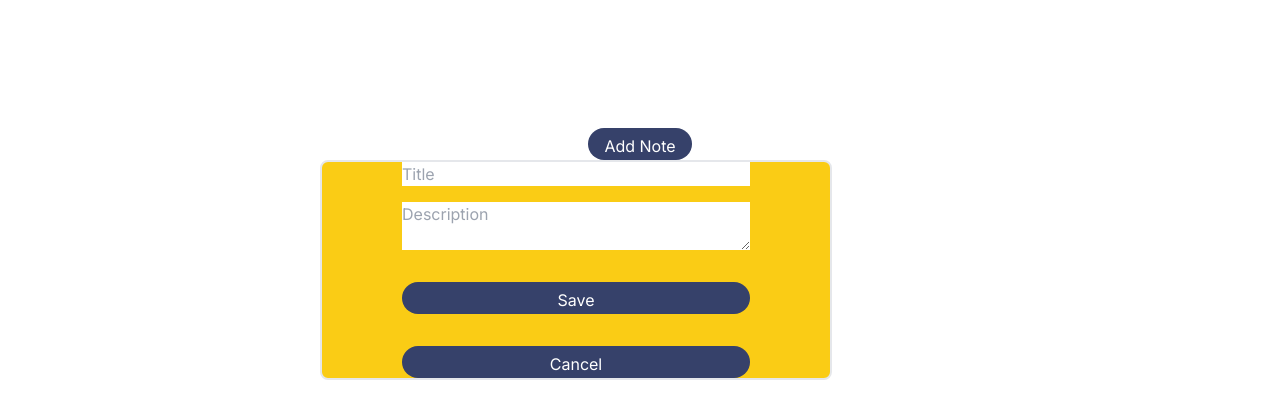
Repository: drumsmanku/next-and-nest-note-taker
Page: / (app in client/), after clicking the first element matching `button.px-4`
An editor plug-in stored every save of this project. The page is shown before and after the next save, followed by the edit.
The browser window is 1280 px wide. The pictures show the whole page.
The page's requests for data from a server got no answer. The project was rebuilt for these pictures with package versions that can differ from the ones it lists, and the page was loaded fresh each time. The framework's server and built-in components were replaced by stand-ins that run in the browser. No one was signed in, and anything a server would have sent is missing. Also part of the build but not shown: client/next.config.mjs.

Above is the page before, as saved 2024-03-14 12:43:55.

### client/app/page.tsx
import Image from "next/image";
import NotesComponent from "./components/NotesComponent";
export default function Home() {
  return (
    <main className="flex min-h-screen flex-col items-center justify-between p-24">
      <NotesComponent/>
    </main>
  );
}

### client/app/globals.css
@tailwind base;
@tailwind components;
@tailwind utilities;

.flex {
  display: flex;
  height: 100%;
}

.container {
  display: flex; /* Use flexbox to create a flex container */
  align-items: stretch; /* Adjust alignment to stretch both columns */
}

### client/app/components/NotesComponent.tsx
"use client"
import { useState, useEffect } from 'react';
import axios from 'axios'; // Assuming you're using axios for HTTP requests

interface Note {
  _id: string;
  title: string;
  description: string;
}

const NotesComponent: React.FC = () => {
  const [notes, setNotes] = useState<Note[]>([]);
  const [showCreatePopup, setShowCreatePopup] = useState<boolean>(false);
  const [showEditPopup, setShowEditPopup] = useState<boolean>(false);
  const [editNoteId, setEditNoteId] = useState<string | null>(null);
  const [newNoteTitle, setNewNoteTitle] = useState<string>('');
  const [newNoteDescription, setNewNoteDescription] = useState<string>('');
  const [editNoteTitle, setEditNoteTitle] = useState<string>('');
  const [editNoteDescription, setEditNoteDescription] = useState<string>('');

  useEffect(() => {
    fetchNotes();
  }, []);

  const fetchNotes = async () => {
    try {
      const response = await axios.get<Note[]>('http://localhost:4000/notes');
      setNotes(response.data);
      console.log(response.data);
    } catch (error) {
      console.error('Error fetching notes:', error);
    }
  };

  const handleAddNote = async () => {
    try {
      await axios.post('http://localhost:4000/notes', {
        title: newNoteTitle,
        description: newNoteDescription
      });
      fetchNotes();
      setShowCreatePopup(false);
      setNewNoteTitle('');
      setNewNoteDescription('');
    } catch (error) {
      console.error('Error adding note:', error);
    }
  };

  const handleEditNote = async () => {
    try {
      await axios.put(`http://localhost:4000/notes/${editNoteId}`, {
        title: editNoteTitle,
        description: editNoteDescription
      });
      fetchNotes();
      setShowEditPopup(false);
      setEditNoteId(null);
      setEditNoteTitle('');
      setEditNoteDescription('');
    } catch (error) {
      console.error('Error updating note:', error);
    }
  };

  const handleDeleteNote = async (noteId: string) => {
    try {
      await axios.delete(`http://localhost:4000/notes/${noteId}`);
      fetchNotes();
    } catch (error) {
      console.error('Error deleting note:', error);
    }
  };

  return (
    <div className='flex flex-col h-screen w-screen items-center'>
      <button className="px-4 py-1.5 text-white h-8 text-md rounded-full border-none bg-[#36416A] mt-8" onClick={() => setShowCreatePopup(true)}>Add Note</button>
      <div className='flex flex-col w-[50%]'>
        {showCreatePopup && (
          <div className='flex flex-col w-[80%] border-2 rounded-lg  bg-yellow-400 px-20'>
            <input
              type="text"
              placeholder="Title"
              value={newNoteTitle}
              onChange={(e) => setNewNoteTitle(e.target.value)}
              className='mb-4'
            />
            <textarea
              placeholder="Description"
              value={newNoteDescription}
              onChange={(e) => setNewNoteDescription(e.target.value)}
            />
            <button className="px-4 py-1.5 text-white h-8 text-md rounded-full border-none bg-[#36416A] mt-8" onClick={handleAddNote}>Save</button>
            <button className="px-4 py-1.5 text-white h-8 text-md rounded-full border-none bg-[#36416A] mt-8" onClick={() => setShowCreatePopup(false)}>Cancel</button>
          </div>
        )}
        {showEditPopup && (
          <div>
            <input
              type="text"
              placeholder="Title"
              value={editNoteTitle}
              onChange={(e) => setEditNoteTitle(e.target.value)}
            />
            <textarea
              placeholder="Description"
              value={editNoteDescription}
              onChange={(e) => setEditNoteDescription(e.target.value)}
            />
            <button onClick={handleEditNote}>Save</button>
            <button onClick={() => setShowEditPopup(false)}>Cancel</button>
          </div>
        )}
        <ul className='flex'>
          {notes.map((note) => (
            <li className='border-2 p-10' key={note._id}>
              <div>
                <strong>{note.title}</strong>
                <p>{note.description}</p>
              </div>
              <button onClick={() => {
                setEditNoteId(note._id);
                setEditNoteTitle(note.title);
                setEditNoteDescription(note.description);
                setShowEditPopup(true);
              }}>Edit</button>
              <button onClick={() => handleDeleteNote(note.id)}>Delete</button>
            </li>
          ))}
        </ul>
      </div>


    </div>
  );
};

export default NotesComponent;

Loaded but not shown: client/app/layout.tsx (common file); client/tailwind.config.ts (common file)

After the next save:
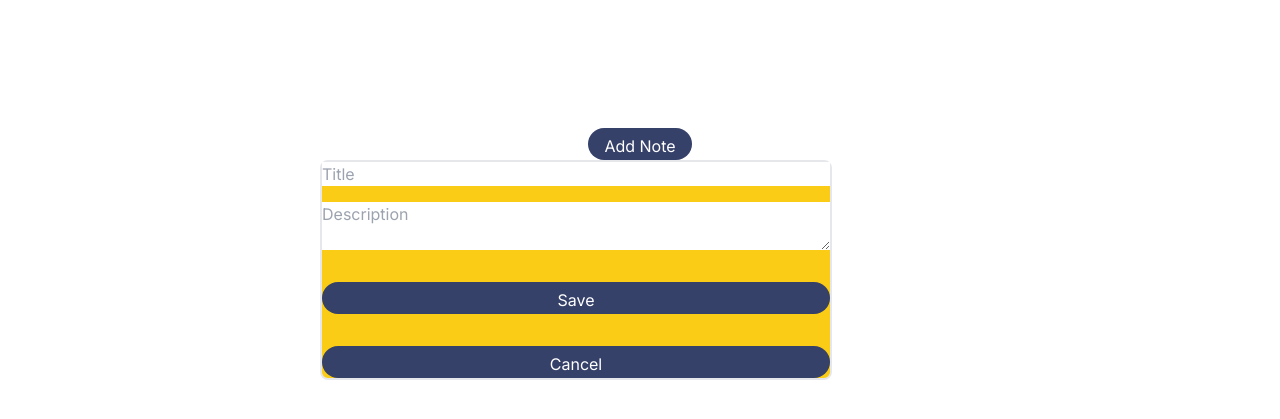
Saved 31 s later.
--- a/client/app/components/NotesComponent.tsx
+++ b/client/app/components/NotesComponent.tsx
@@ -77,7 +77,7 @@
       <button className="px-4 py-1.5 text-white h-8 text-md rounded-full border-none bg-[#36416A] mt-8" onClick={() => setShowCreatePopup(true)}>Add Note</button>
       <div className='flex flex-col w-[50%]'>
         {showCreatePopup && (
-          <div className='flex flex-col w-[80%] border-2 rounded-lg  bg-yellow-400 px-20'>
+          <div className='flex flex-col w-[80%] border-2 rounded-lg  bg-yellow-400 '>
             <input
               type="text"
               placeholder="Title"

After the save that followed:
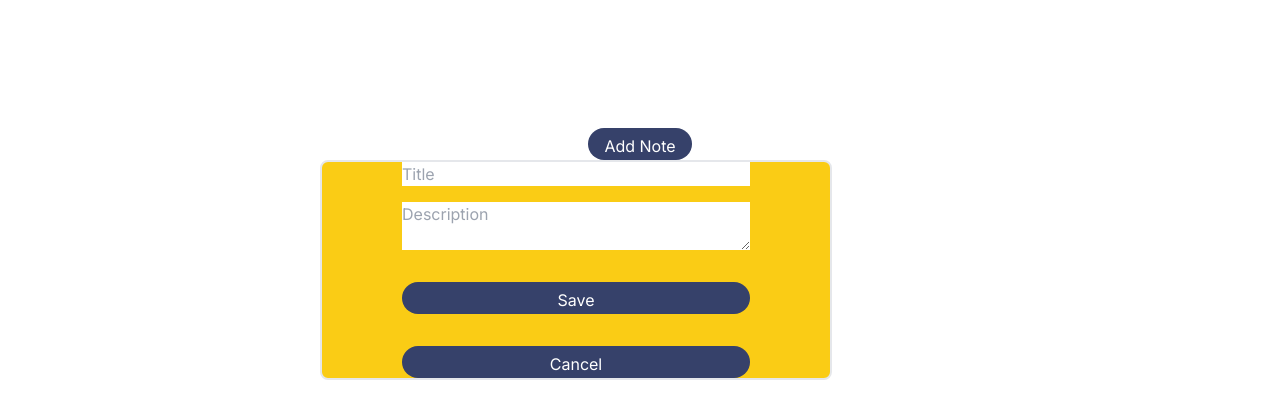
Saved 4 s later.
--- a/client/app/components/NotesComponent.tsx
+++ b/client/app/components/NotesComponent.tsx
@@ -77,7 +77,7 @@
       <button className="px-4 py-1.5 text-white h-8 text-md rounded-full border-none bg-[#36416A] mt-8" onClick={() => setShowCreatePopup(true)}>Add Note</button>
       <div className='flex flex-col w-[50%]'>
         {showCreatePopup && (
-          <div className='flex flex-col w-[80%] border-2 rounded-lg  bg-yellow-400 '>
+          <div className='flex flex-col w-[80%] border-2 rounded-lg  bg-yellow-400 px-20'>
             <input
               type="text"
               placeholder="Title"
